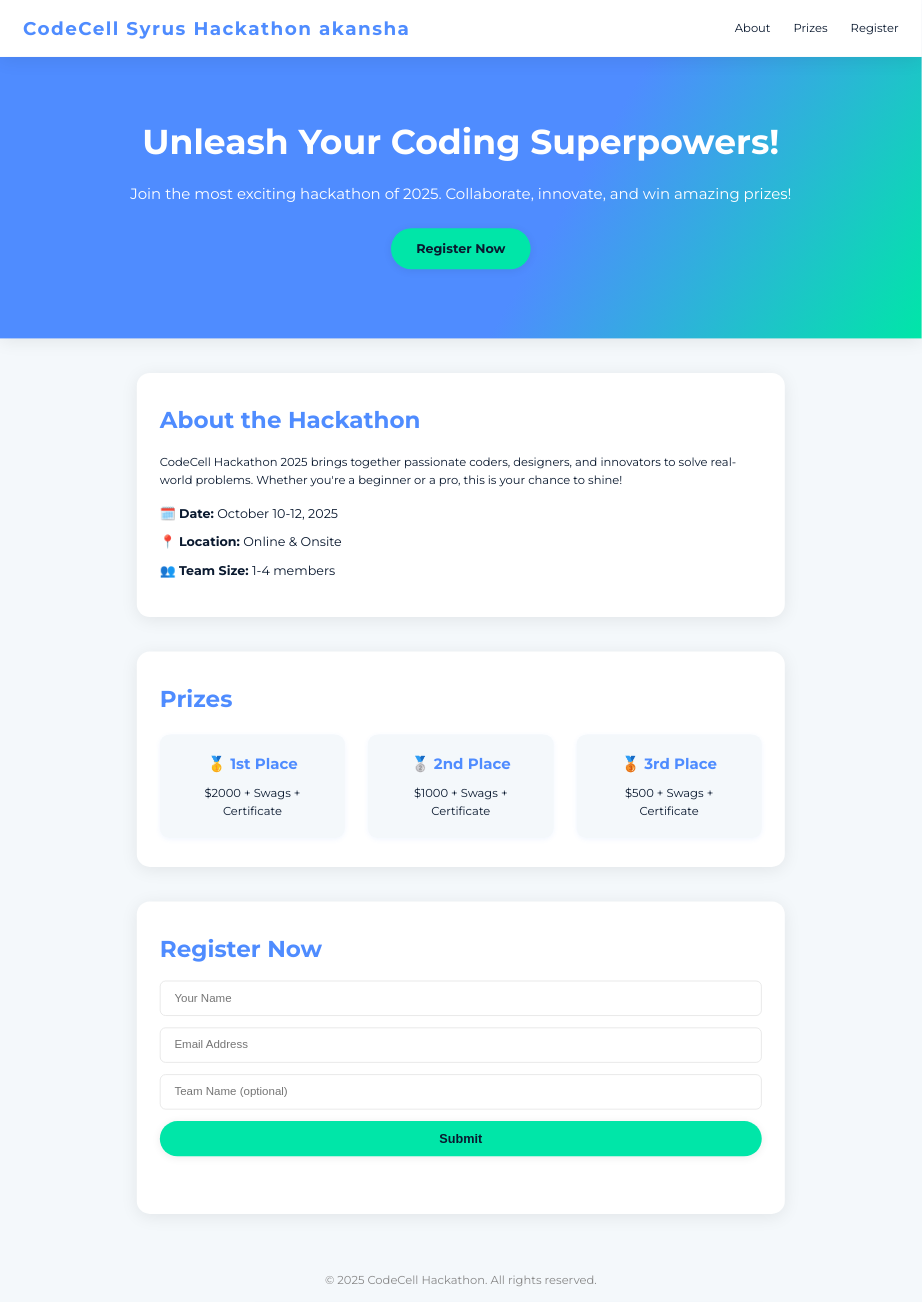
Repository: Akansha1425/codecell_mcp_test
Page: index.html
An editor plug-in stored every save of this project. The page is shown before and after the next save, followed by the edit.
The browser window is 1280 px wide. The pictures show the whole page, at 72% of full size.

Above is the page before, as saved 2025-08-26 21:11:16.

After the next save:
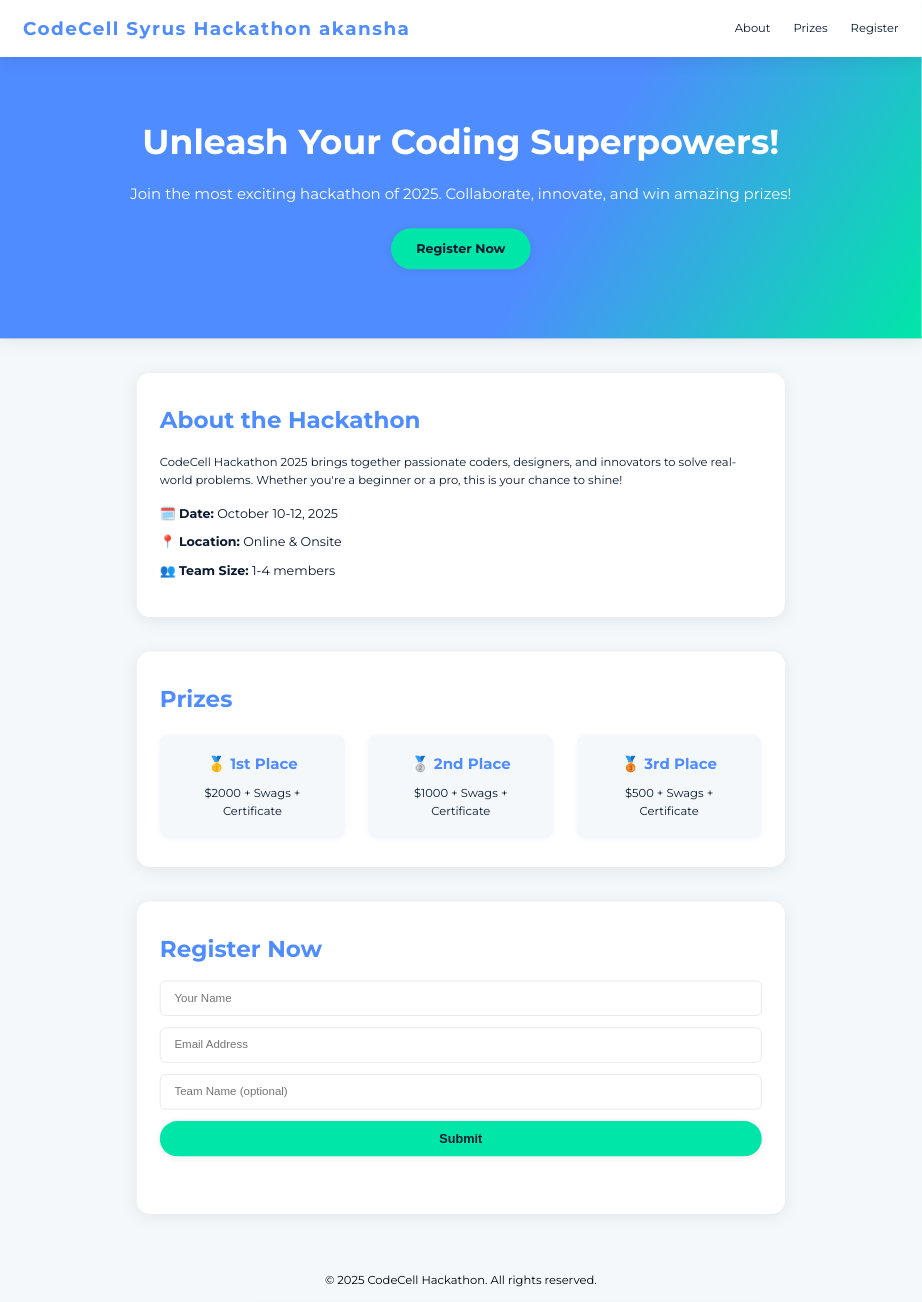
Saved 9 min 8 s later.
--- a/style.css
+++ b/style.css
@@ -191,7 +191,7 @@
 footer {
     text-align: center;
     padding: 2rem 0 1rem 0;
-    color: #888;
+    color: black;
     font-size: 1rem;
     margin-top: 2rem;
 }
